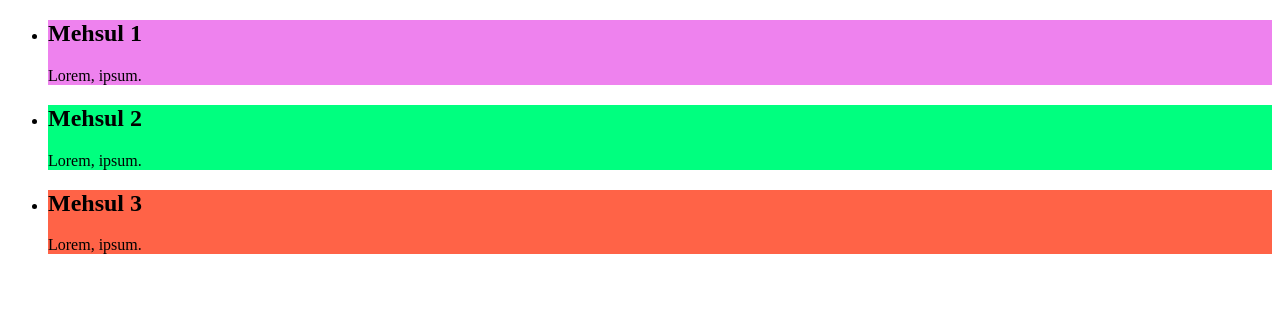
Repository: AytacSafarova/task-111
Page: index.html
An editor plug-in stored every save of this project. The page is shown before and after a run of saves, followed by the edit.
The browser window is 1280 px wide. The pictures show the whole page.

Above is the page before, as saved 2023-09-25 11:28:22.

### index.html
<!DOCTYPE html>
<html lang="en">
<head>
  <meta charset="UTF-8">
  <meta name="viewport" content="width=device-width, initial-scale=1.0">
  <title>Document</title>
</head>
<style>
  .text{
    color: yellow;
  }
  .bold-text{
    font-weight: bold;
  }
  .list-1 h2{
color: blue;
  }
li:first-child{
  background-color: violet;
}
li:last-child{
  background-color: tomato;
}
li:nth-child(2){
  background-color: springgreen;
}
  </style>
<body>
<ul>
  <li>
    <h2>Mehsul 1</h2>
    <p>Lorem, ipsum.</p>
  </li>
  <li>
    <h2>Mehsul 2</h2>
    <p>Lorem, ipsum.</p>
  </li>
  <li>
    <h2>Mehsul 3</h2>
    <p>Lorem, ipsum.</p>
  </li>
</ul>
</body>
</html>

After the next 2 saves:
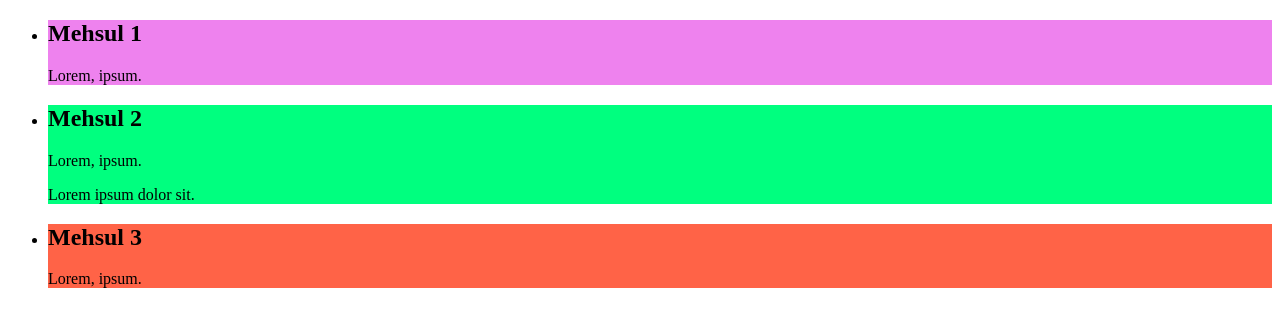
The 2 saves are shown as one change because they came seconds apart.
The last was saved 4 min 3 s later.
--- a/index.html
+++ b/index.html
@@ -34,6 +34,9 @@ li:nth-child(2){
   <li>
     <h2>Mehsul 2</h2>
     <p>Lorem, ipsum.</p>
+    <span>
+      Lorem ipsum dolor sit.
+    </span>
   </li>
   <li>
     <h2>Mehsul 3</h2>
